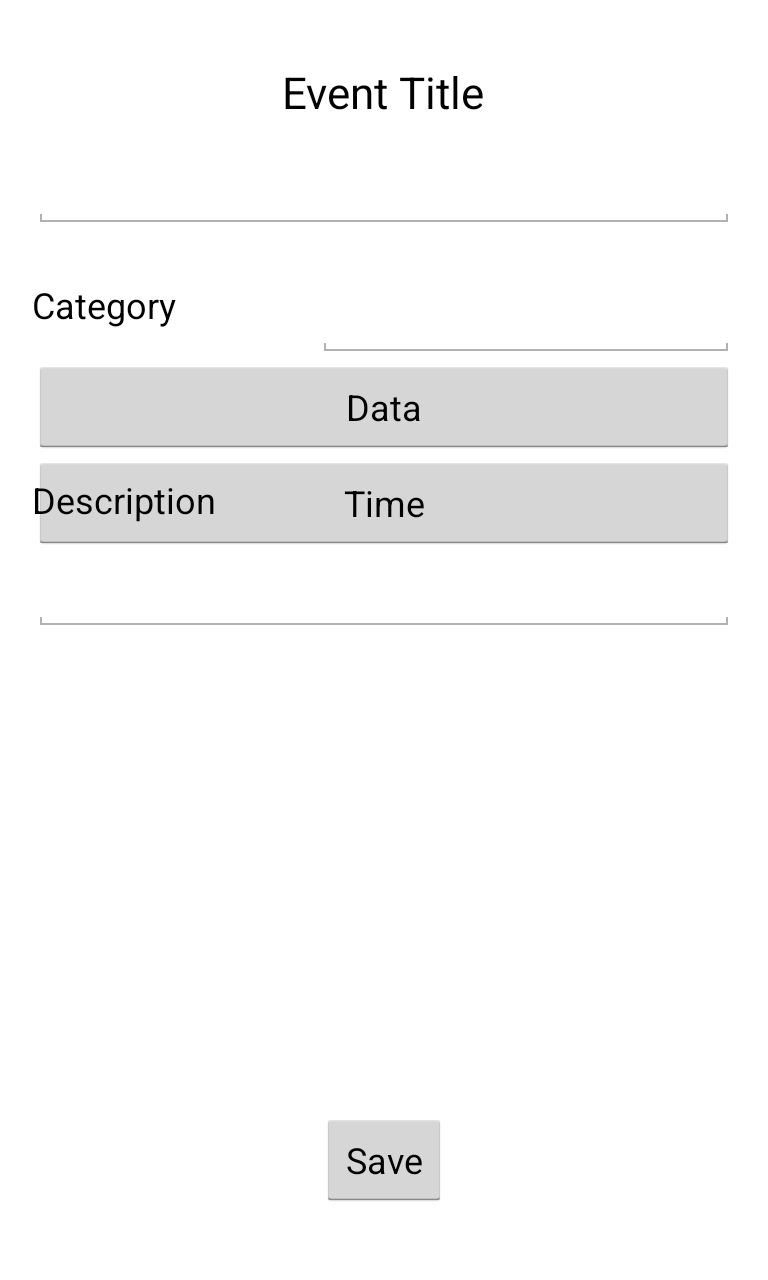
Repository: ctc8631/Android-dev
Layout: WorkDone/res/layout/activity_main.xml
An editor plug-in stored every save of this project. The layout is shown before and after the next save, followed by the edit.
It is drawn on a 768 x 1280 px phone screen (xhdpi) without system bars, with theme AppTheme; the app's code is not run.

Above is the layout before, as saved 2013-09-11 13:13:25.

### WorkDone/res/layout/activity_main.xml
<RelativeLayout xmlns:android="http://schemas.android.com/apk/res/android"
    xmlns:tools="http://schemas.android.com/tools"
    android:layout_width="match_parent"
    android:layout_height="match_parent"
    android:paddingBottom="@dimen/activity_vertical_margin"
    android:paddingLeft="@dimen/activity_horizontal_margin"
    android:paddingRight="@dimen/activity_horizontal_margin"
    android:paddingTop="@dimen/activity_vertical_margin"
    tools:context=".MainActivity" >

    <TextView
        android:id="@+id/textView1"
        android:layout_width="wrap_content"
        android:layout_height="wrap_content"
        android:layout_alignParentTop="true"
        android:layout_centerHorizontal="true"
        android:layout_marginTop="15dp"
        android:text="@string/event_title"
        android:textAppearance="?android:attr/textAppearanceLarge" />

    <EditText
        android:id="@+id/title"
        android:layout_width="match_parent"
        android:layout_height="wrap_content"
        android:layout_below="@+id/textView1"
        android:layout_centerHorizontal="true"
        android:layout_marginTop="15dp"
        android:ems="10"
        android:inputType="textCapWords"
        />

    <TextView
        android:id="@+id/textView2"
        android:layout_width="wrap_content"
        android:layout_height="wrap_content"
        android:layout_alignLeft="@+id/title"
        android:layout_below="@+id/title"
        android:layout_marginTop="25dp"
        android:text="@string/event_cat"
        android:textAppearance="?android:attr/textAppearanceMedium" />

    <EditText
        android:id="@+id/cat"
        android:layout_width="wrap_content"
        android:layout_height="wrap_content"
        android:layout_alignRight="@+id/title"
        android:layout_below="@+id/title"
        android:layout_marginTop="25dp"
        android:ems="10"
        android:inputType="textCapWords"
        />

    <Button
	    android:id="@+id/date"
	    android:layout_width="fill_parent"
	    android:layout_height="wrap_content"
	    android:layout_below="@+id/cat"
	    android:text="@string/event_date"
	 	/>

	<Button
	    android:id="@+id/time"
	    android:layout_width="fill_parent"
	    android:layout_height="wrap_content"
	    android:layout_below="@+id/date"
	    android:text="@string/event_time"
	 	/>

    <TextView
        android:id="@+id/textView5"
        android:layout_width="wrap_content"
        android:layout_height="wrap_content"
        android:layout_alignLeft="@+id/textView4"
        android:layout_below="@+id/date"
        android:layout_marginTop="10dp"
        android:text="@string/event_descrip"
        android:textAppearance="?android:attr/textAppearanceMedium" />

    <EditText
        android:id="@+id/descrip"
        android:layout_width="match_parent"
        android:layout_height="wrap_content"
        android:layout_below="@+id/textView5"
        android:layout_marginTop="15dp"
        android:ems="10"
        android:inputType="textMultiLine" />

    <Button
        android:id="@+id/save"
        android:layout_width="wrap_content"
        android:layout_height="wrap_content"
        android:layout_alignParentBottom="true"
        android:layout_centerHorizontal="true"
        android:layout_marginBottom="20dp"
        android:text="@string/event_save" />

</RelativeLayout>

### WorkDone/res/values/strings.xml
<?xml version="1.0" encoding="utf-8"?>
<resources>

    <string name="app_name">WorkDone</string>
    <string name="action_settings">Settings</string>
    <string name="event_title">Event Title</string>
    <string name="event_cat">Category</string>
    <string name="event_date">Data</string>
    <string name="event_time">Time</string>
    <string name="event_descrip">Description</string>
    <string name="event_save">Save</string>

</resources>

Loaded but not shown: WorkDone/res/values/styles.xml (common file); WorkDone/res/values-v11/styles.xml (common file); WorkDone/res/values-v14/styles.xml (common file); WorkDone/res/values/dimens.xml (common file)

After the next save:
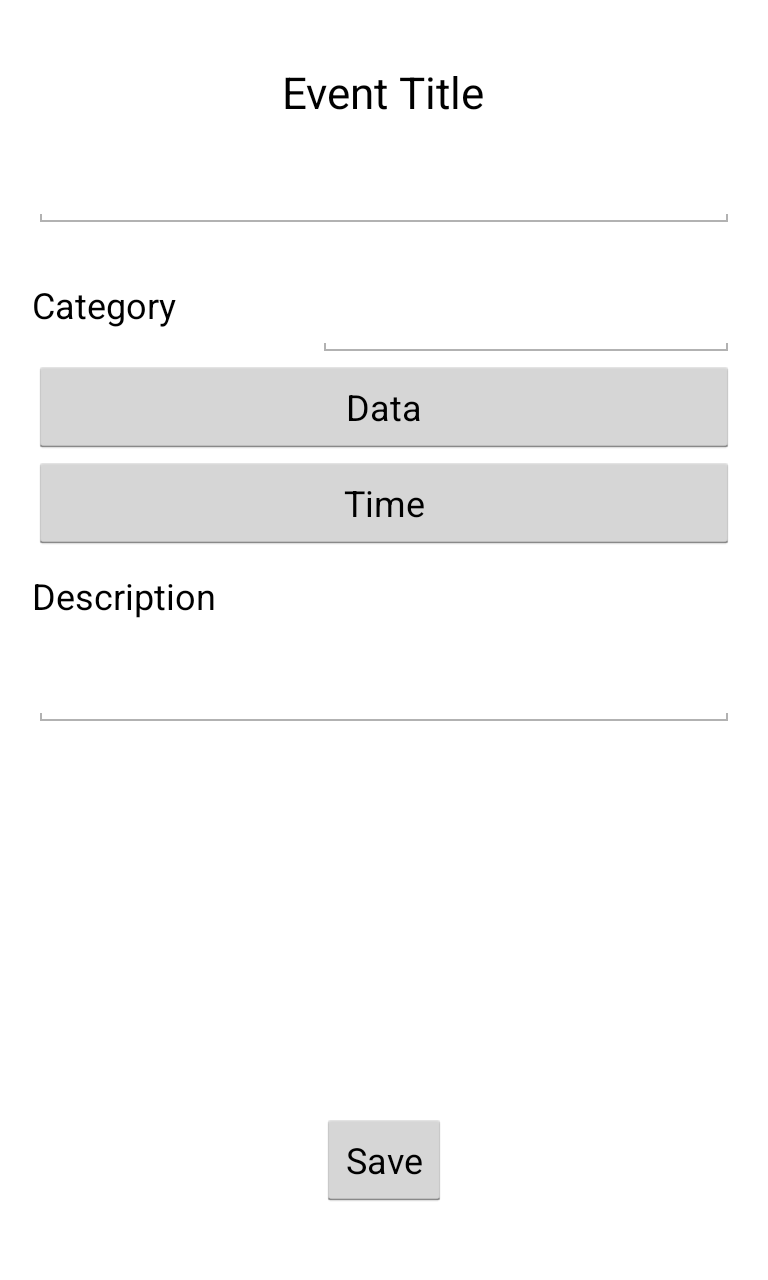
Saved 18 s later.
--- a/WorkDone/res/layout/activity_main.xml
+++ b/WorkDone/res/layout/activity_main.xml
@@ -71,7 +71,7 @@
         android:layout_width="wrap_content"
         android:layout_height="wrap_content"
         android:layout_alignLeft="@+id/textView4"
-        android:layout_below="@+id/date"
+        android:layout_below="@+id/time"
         android:layout_marginTop="10dp"
         android:text="@string/event_descrip"
         android:textAppearance="?android:attr/textAppearanceMedium" />
